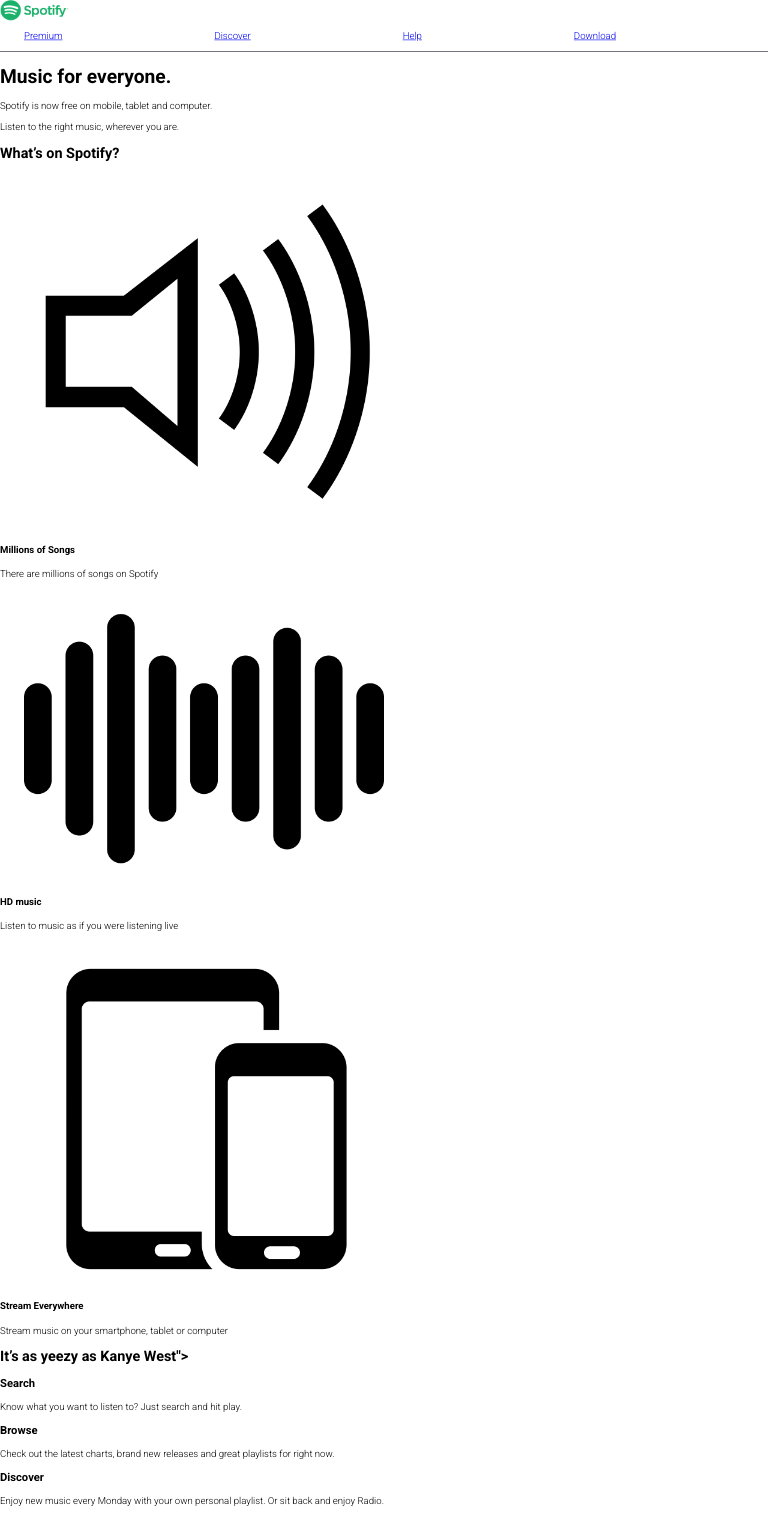
Repository: ironhack-labs/lab-css-spotify-clone
Page: starter-code/index.html
These files come from the project's save history. The page is drawn as it stood at one moment and after the next save; the edit follows.
The browser window is 1280 px wide. The pictures show the whole page, at 60% of full size.

Above is the page before, as saved 2020-01-19 10:17:54.

### starter-code/index.html
<!DOCTYPE html>
<html lang="en">
  <head>
    <meta charset="UTF-8">
    <meta name="viewport" content="width=device-width, initial-scale=1.0">
    <meta http-equiv="X-UA-Compatible" content="ie=edge">
    <link rel="stylesheet" href="css/main.css">
    <title>Spotify</title>
  </head>

  <body>

  <header class="header-one">
    <div>
      <img class="spotify" src="images/spotify-logo.png" alt="spotify logo">
    </div>
    <div class="header-two">
    <nav class="nav-bar">
      <ul>
        <li><a href="Premium">Premium</a></li>
        <li><a href="Discover">Discover</a></li>
        <li><a href="Help">Help</a></li>
        <li><a href="Download">Download</a></li>
      </ul>
    </nav>
    </div>

  <div class="music-for-everyone">
    <h1>Music for everyone.</h1>
    <p>Spotify is now free on mobile, tablet and computer.</p>
    <p>Listen to the right music, wherever you are.</p>
  </div>

</header>

</div>


<section>
<div>
    <h2>What’s on Spotify?</h2>

  <article class="spotify-boxes">
      <img src="images/music-icon.png" alt="Music icon">
      <h4>Millions of Songs</h4>
      <p>There are millions of songs on Spotify</p>
  </article>


  <article class="spotify-boxes">
      <img src="images/high-quality-icon.png" alt=" alt="high quality icon">
      <h4>HD music</h4>
      <p>Listen to music as if you were listening live</p>
  </article>


  <article class="spotify-boxes">
     <img src="images/devices-icon.png" alt="Devices icon">
     <h4>Stream Everywhere</h4>
     <p>Stream music on your smartphone, tablet or computer</p>
  </article>
</div>
</section>

<section class="greenbackground">
<div>
  <h2>It’s as yeezy as Kanye West"></h2>

  <article class="kanyewestboxes">
      <h3>Search</h3>
      <p>Know what you want to listen to? Just search and hit play.</p>
  </article>

  <article class="kanyewestboxes">
      <h3>Browse</h3>
      <p>Check out the latest charts, brand new releases and great playlists for right now.</p>
  </article>

  <article class="kanyewestboxes">
      <h3>Discover</h3>
      <p>Enjoy new music every Monday with your own personal playlist. Or sit back and enjoy Radio.</p>
  </article>
</div>
</section>

  </body>
</html>

### starter-code/css/main.css
/*
Colors:
Text: 1A1A1A
Green: #00B172
White: #FFF
*/
@import url('https://fonts.googleapis.com/css?family=Roboto+Condensed:700|Roboto:100,300,700');

html, body {
 margin: 0;
 padding: 0;
 font-family: "Roboto";
 background-color: white;
}

.spotify {
width: 115px;
margin-right: 2.5rem;

box-sizing: border-box;

align-items: center;
position: relative;
display: flex;
}

.header-two {
  box-sizing: border-box;
  display: block;
  font-size: 16px;
  border-bottom: 1px solid #201c29;
  padding: auto;
}
.nav-bar {
box-sizing: border-box;
}

.nav-bar ul {
  display: flex;
  list-style: none;
  padding: 0;
  margin: 0;
  margin-block-start: 1em;
    margin-block-end: 1em;
    margin-inline-start: 0px;
    margin-inline-end: 0px;
    padding-inline-start: 40px;
}

.nav-bar li {
  flex: auto ;
  display: list-item;
    text-align: -webkit-match-parent;
}


.navigation {
  list-style: none;
  margin: 0;
  background: #8e24aa;
  display: flex;
  flex-flow: row wrap;
  justify-content: flex-end;
}

.navigation a {
  text-decoration: none;
  display: block;
  padding: 1em;
  color: white;
}

.navigation a:hover {
  background: darken(#8e24aa, 12%);
}

@media (max-width: 800px) {
  .navigation {
    justify-content: space-around;
  }
}

@media (max-width: 600px) {
  .navigation {
    flex-flow: column wrap;
    padding: 0;
  }

  .navigation a {
    text-align: center;
    padding: 10px;
    border-top: 1px solid rgba(255,255,255,0.3);
    border-bottom: 1px solid rgba(0,0,0,0.1);
  }

  .navigation:last-child {
    border-bottom: none;
  }
}

After the next save:
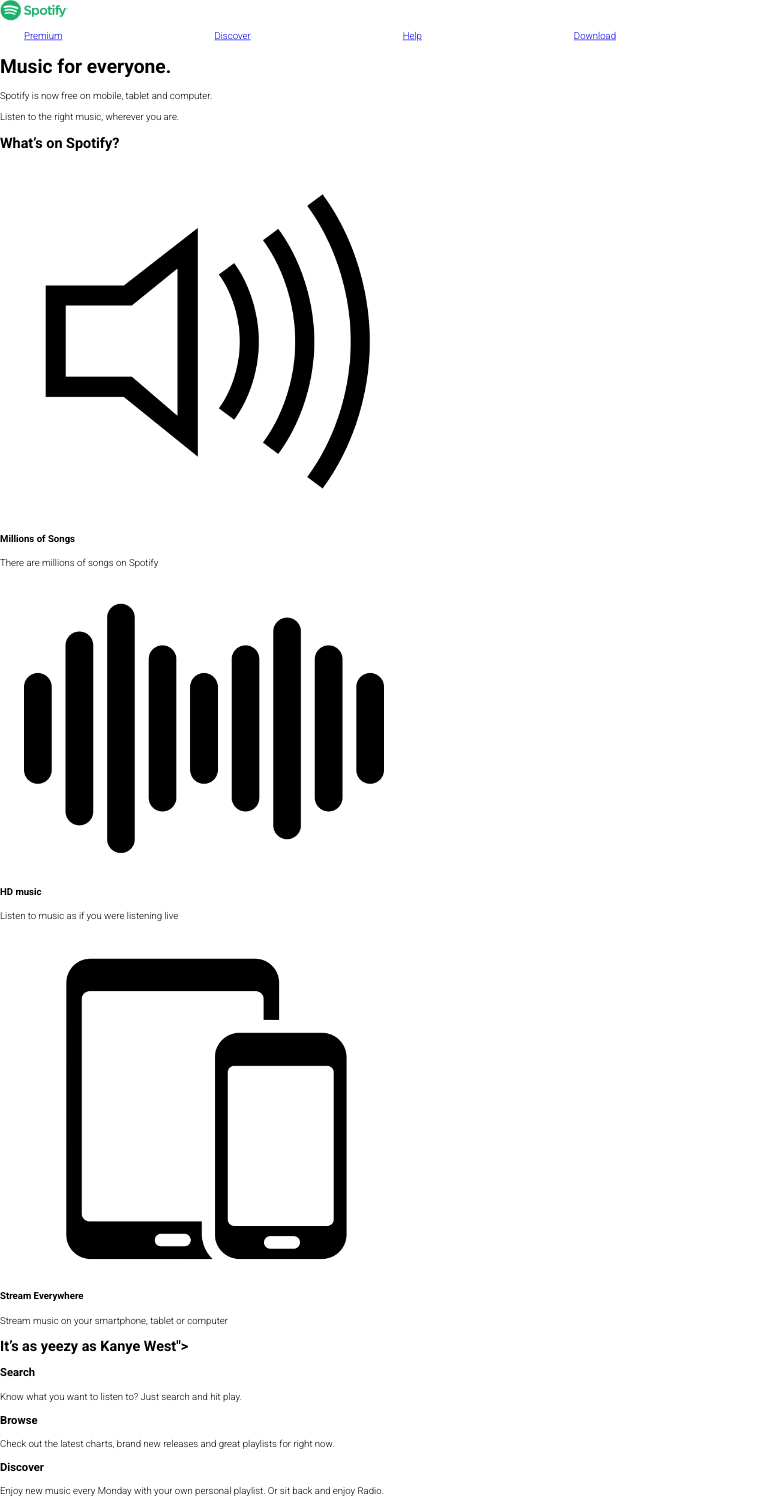
Saved 104 s later.
--- a/starter-code/css/main.css
+++ b/starter-code/css/main.css
@@ -24,13 +24,7 @@
 display: flex;
 }
 
-.header-two {
-  box-sizing: border-box;
-  display: block;
-  font-size: 16px;
-  border-bottom: 1px solid #201c29;
-  padding: auto;
-}
+
 .nav-bar {
 box-sizing: border-box;
 }

After the save that followed:
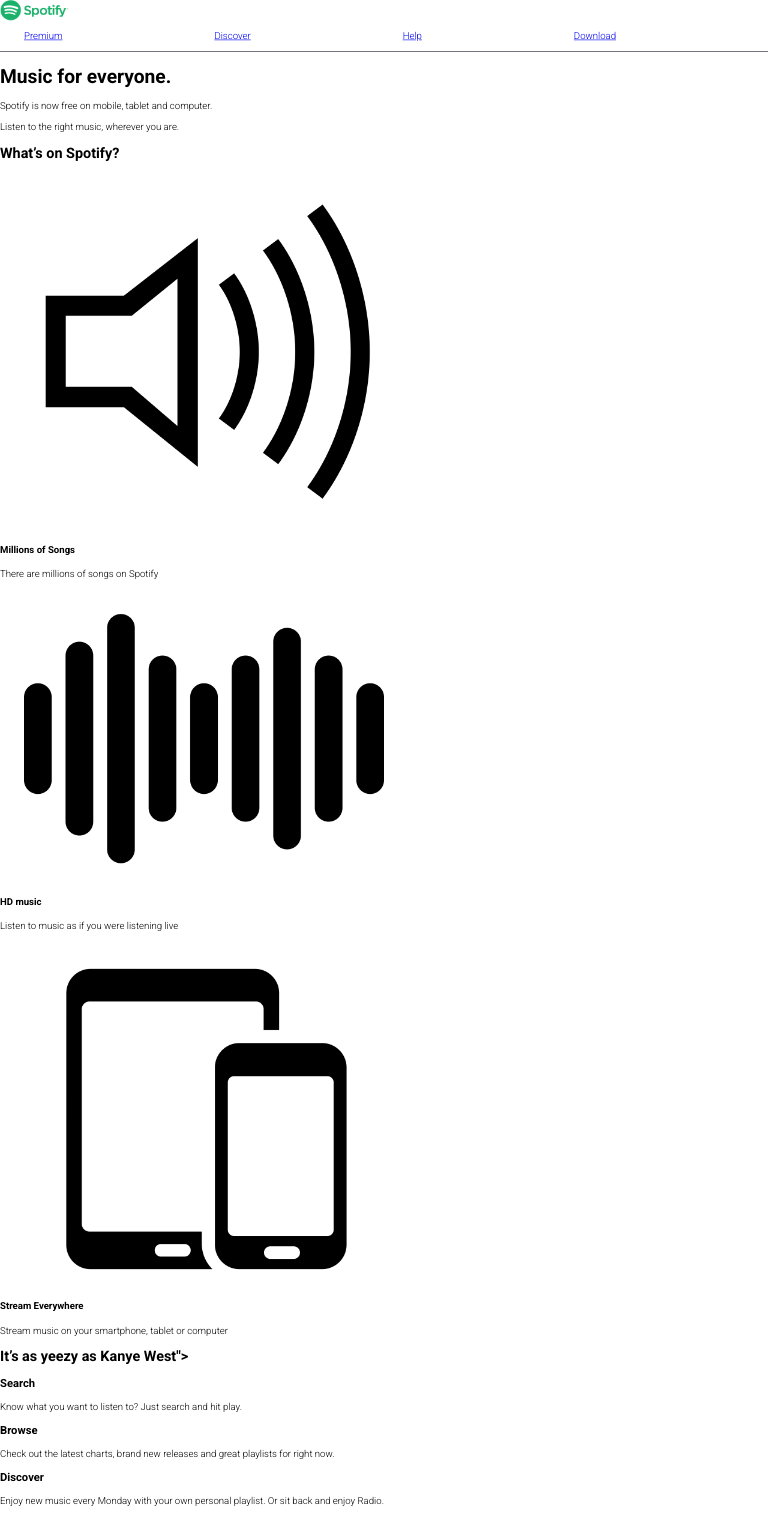
Saved 10 s later.
--- a/starter-code/css/main.css
+++ b/starter-code/css/main.css
@@ -23,7 +23,13 @@
 position: relative;
 display: flex;
 }
-
+.header-two {
+  box-sizing: border-box;
+  display: block;
+  font-size: 16px;
+  border-bottom: 1px solid #201c29;
+  padding: auto;
+}
 
 .nav-bar {
 box-sizing: border-box;
